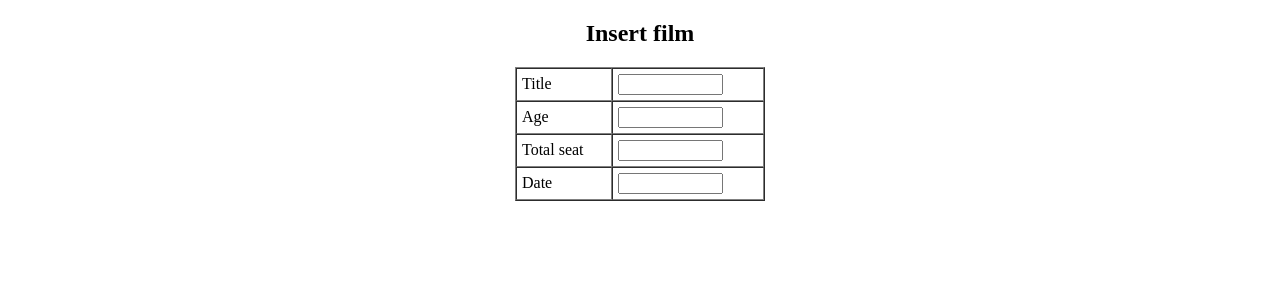
Repository: lmcoa15/Movie
Page: http://localhost/movie/admin/admin_Insert_film.jsp
These files come from the project's save history. The page is drawn as it stood at one moment and after the next save; the edit follows.
The browser window is 1280 px wide. The pictures show the whole page.
The page is served by Tomcat 9. Other server files are loaded and not shown.

Above is the page before, as saved 2015-12-06 09:30:17.

### workspace/movie/WebContent/admin/admin_Insert_film.jsp
<%@ page language="java" contentType="text/html; charset=UTF-8"
    pageEncoding="UTF-8"%>
<!DOCTYPE html PUBLIC "-//W3C//DTD HTML 4.01 Transitional//EN" "http://www.w3.org/TR/html4/loose.dtd">
<html>
<head>
<meta http-equiv="Content-Type" content="text/html; charset=UTF-8">
<title>Insert title here</title>
</head>
<body>
<h2 align="center">Insert film</h2>

<table width="250" border="1"align="center" cellspacing="0"
												cellpadding="5">
	<tr>
		<td>Title</td>
		<td><input type="text" name="name_film" size=10></td>
	</tr>
	<tr>
		<td>Age</td>
		<td><input type="text" name="age_phase" size=10></td>
	</tr>
	<tr>
		<td>Total seat</td>
		<td><input type="text" name="seat_num" size=10></td>
	</tr>
	<tr>
		<td>Date</td>
		<td><input type="text" name="watch_date" size=10></td>
	</tr>
</table>
</body>
</html>

After the next save:
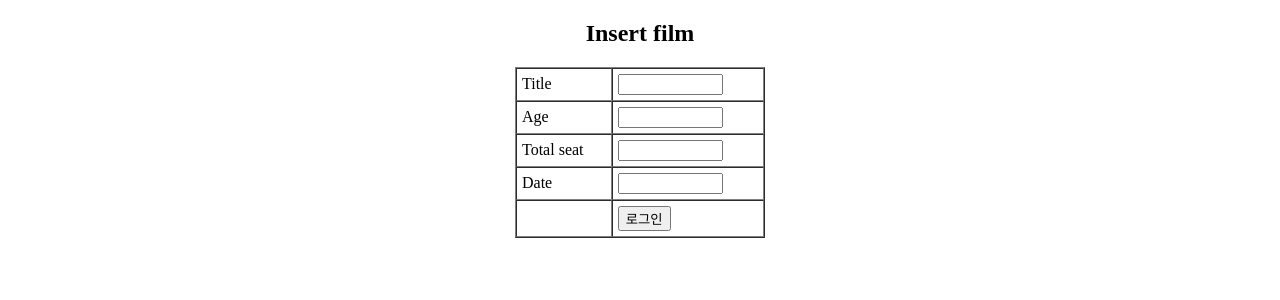
Saved 69 s later.
--- a/workspace/movie/WebContent/admin/admin_Insert_film.jsp
+++ b/workspace/movie/WebContent/admin/admin_Insert_film.jsp
@@ -27,6 +27,13 @@
 		<td>Date</td>
 		<td><input type="text" name="watch_date" size=10></td>
 	</tr>
+
+	<tr>
+		<td></td>
+		<td><input type="submit" name="login_button" value="로그인" size=2>
+		</td>
+	</tr>
+</table>
 </table>
 </body>
 </html>
